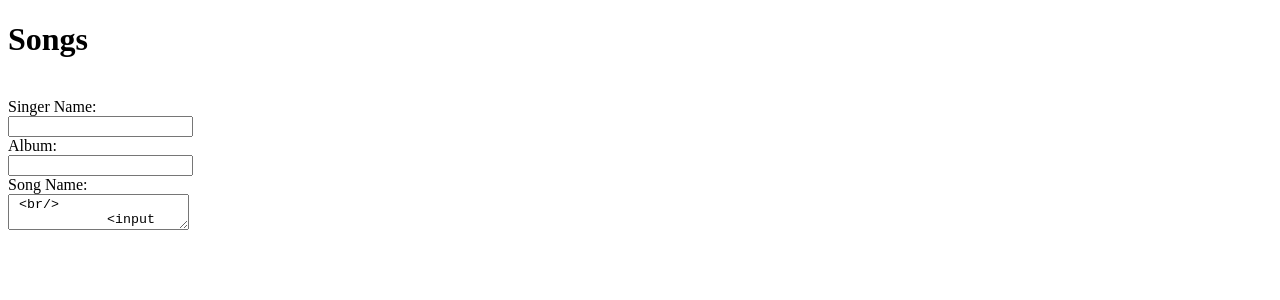
Repository: taudordenisa/proiect-cloud-computing
Page: frontend/index.html
The author's editor kept a record of every edit. The page is drawn from the files as they stood at one moment, then again after the next edit.
The browser window is 1280 px wide. The pictures show the whole page.
The page's requests for data from a server got no answer.

Above is the page before.

After the next edit:
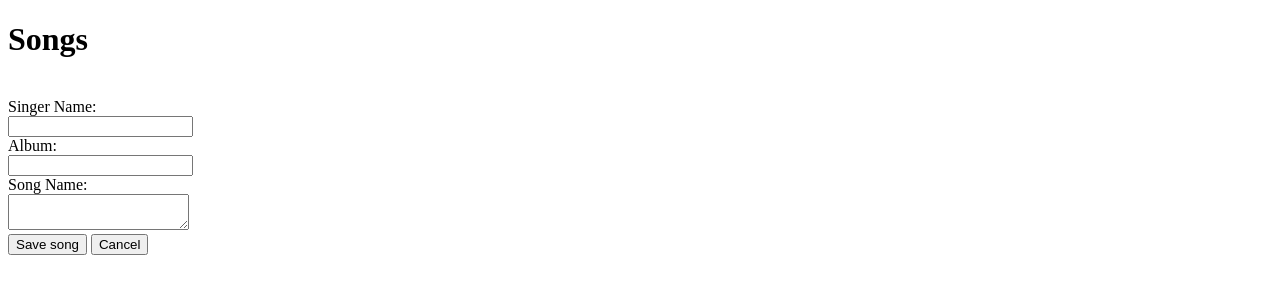
The edit:
--- a/frontend/index.html
+++ b/frontend/index.html
@@ -7,16 +7,16 @@
         <h1>Songs</h1>
     </body>
 
-    <form onSubmit="saveMessage(event)">
-            <input type="hidden" name="id" id="id"/> <br/>
-            Singer Name:<br/>
-            <input type="text" name="singer" id="singer"/> <br/>
-            Album:<br/>
-            <input type="text" name="album" id="album"> <br/>
-            Song Name:<br/>
-            <textarea name="name" id="name"/> <br/>
-            <input type="submit" value="Save song">
-            <input type="reset" value="Cancel">
+    <form onSubmit="saveSong(event)">
+        <input type="hidden" name="id" id="id"/> <br/>
+        Singer Name:<br/>
+        <input type="text" name="singer" id="singer"/> <br/>
+        Album:<br/>
+        <input type="text" name="album" id="album"> <br/>
+        Song Name:<br/>
+        <textarea name="name" id="name"></textarea> <br/>
+        <input type="submit" value="Save song">
+        <input type="reset" value="Cancel">
     </form>
 
     <script src="https://unpkg.com/axios/dist/axios.min.js"></script>
